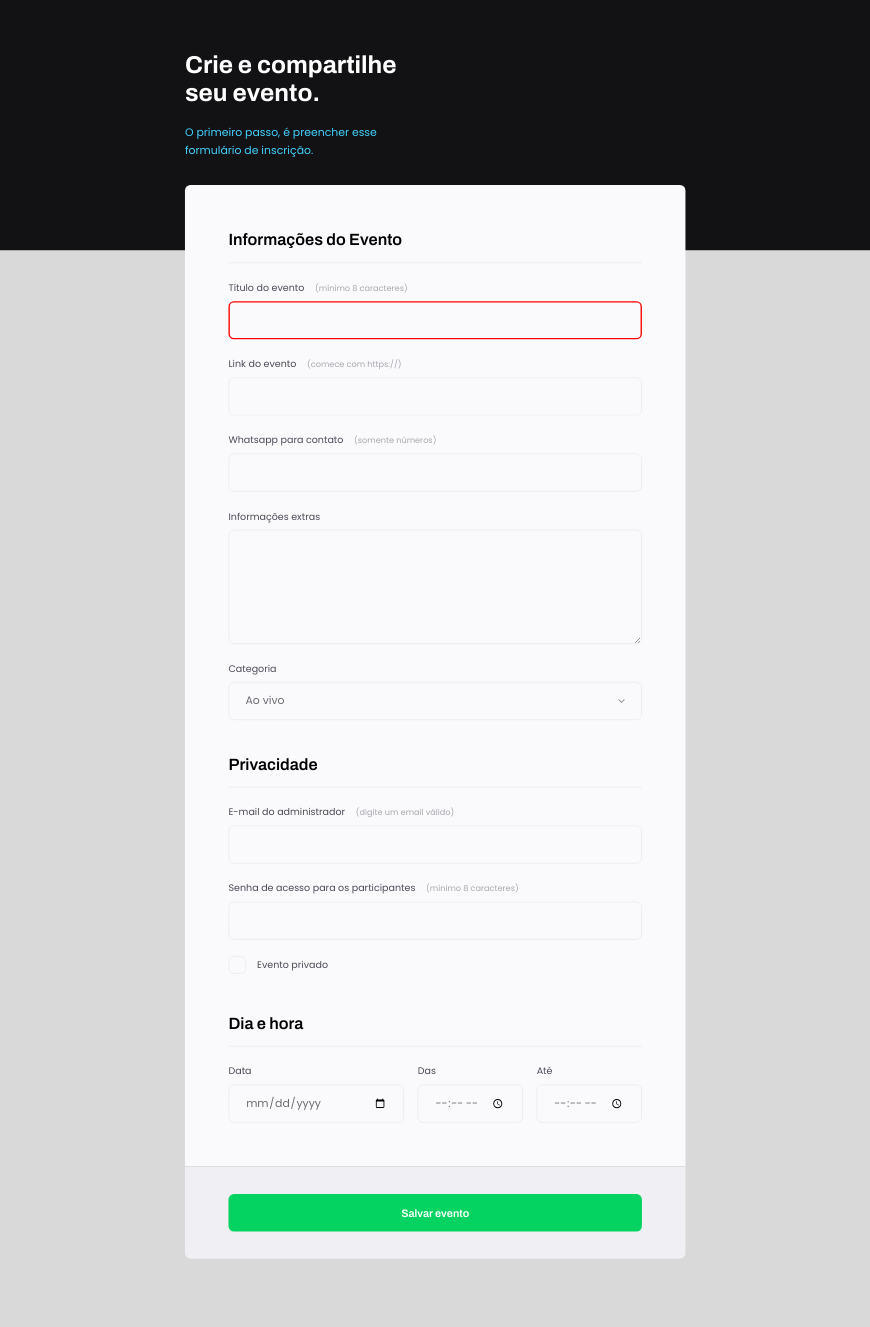
Repository: devMuriloOliveira/Formulario
Page: index.html
An editor plug-in stored every save of this project. The page is shown before and after the next save, followed by the edit.
The browser window is 1280 px wide. The pictures show the whole page, at 68% of full size.

Above is the page before, as saved 2023-11-03 19:45:34.

After the next save:
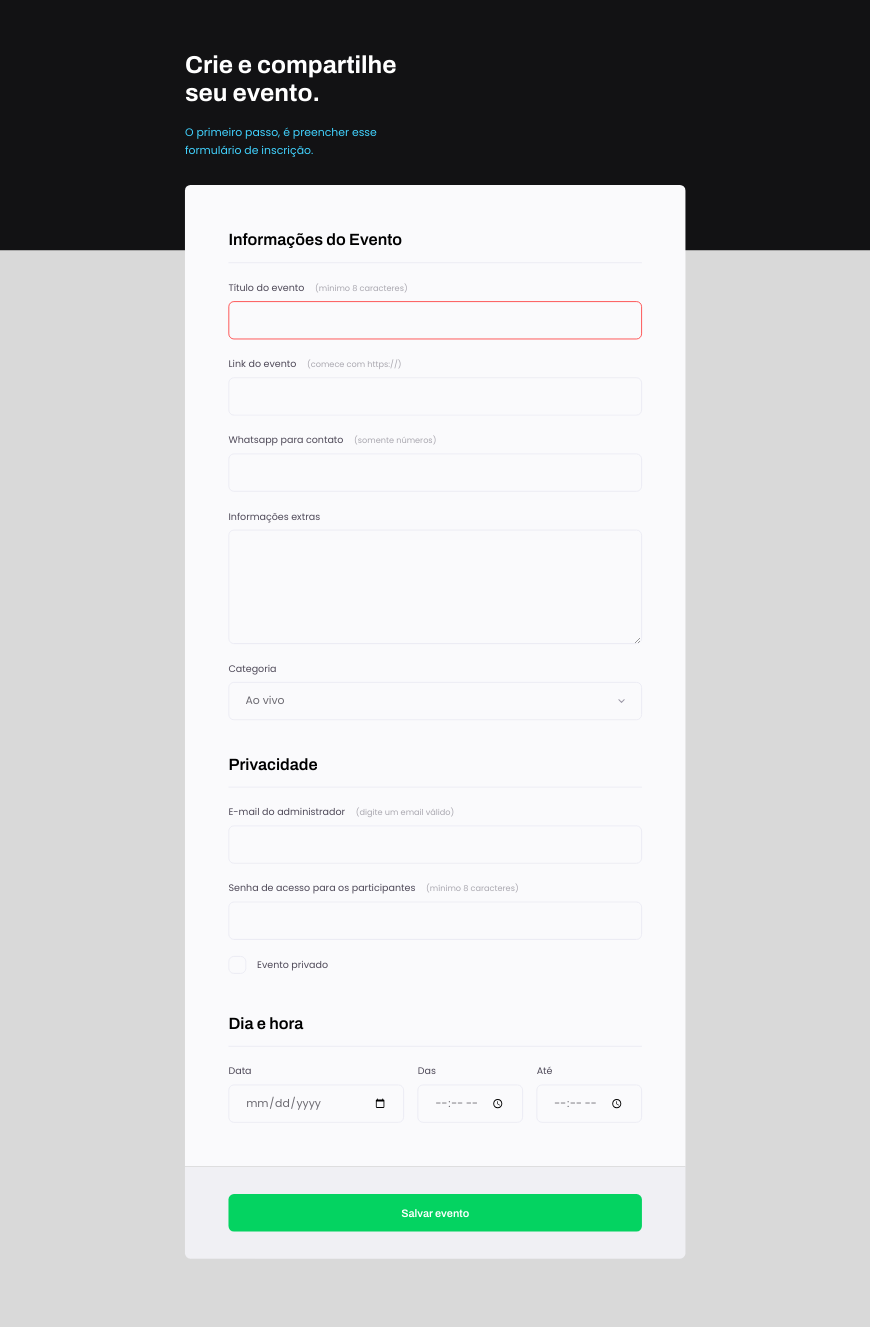
Saved 69 s later.
--- a/style.css
+++ b/style.css
@@ -226,5 +226,5 @@ footer .button:hover{
 }
 
 input:invalid{
-  border: 2px solid red;
-}
+  border: 1px solid #ff1010;
+}
